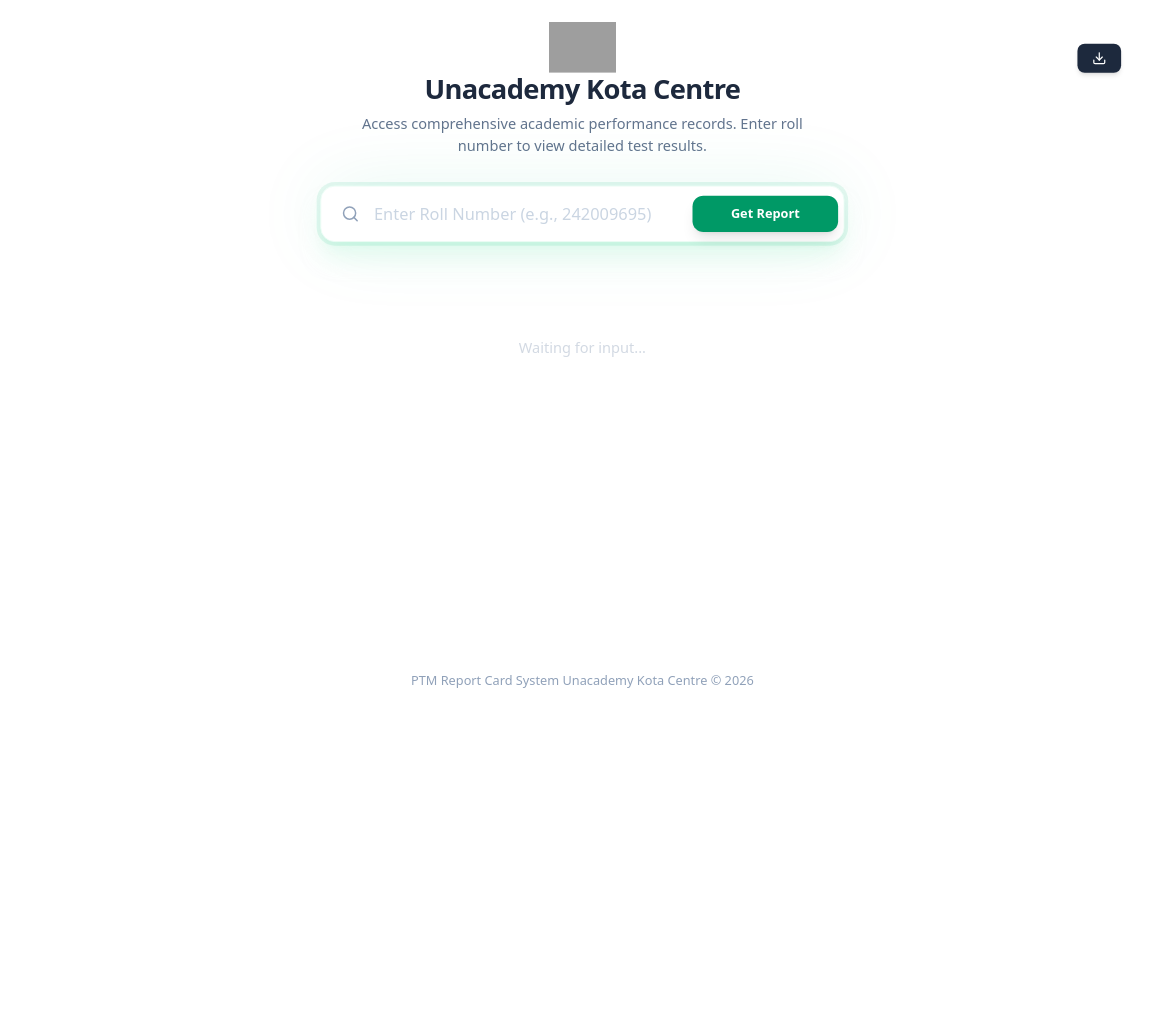
Repository: Abhishekverma657/PTM_report-card
Page: /
An editor plug-in stored every save of this project. The page is shown before and after the next save, followed by the edit.
The browser window is 1280 px wide. The pictures show the whole page, at 91% of full size.
Pictures or frames that could not be fetched are drawn as grey boxes. The page's requests for data from a server got no answer. The project was rebuilt for these pictures with package versions that can differ from the ones it lists, and the page was loaded fresh each time. No one was signed in, and anything a server would have sent is missing. Also part of the build but not shown: vite.config.js, src/components/PerformanceChart.jsx, src/components/ReportCard.jsx. Imported but missing from the stored project, and not drawn on this page: src/assets/result.xlsx.

Above is the page before, as saved 2026-01-25 12:37:16.

After the next save:
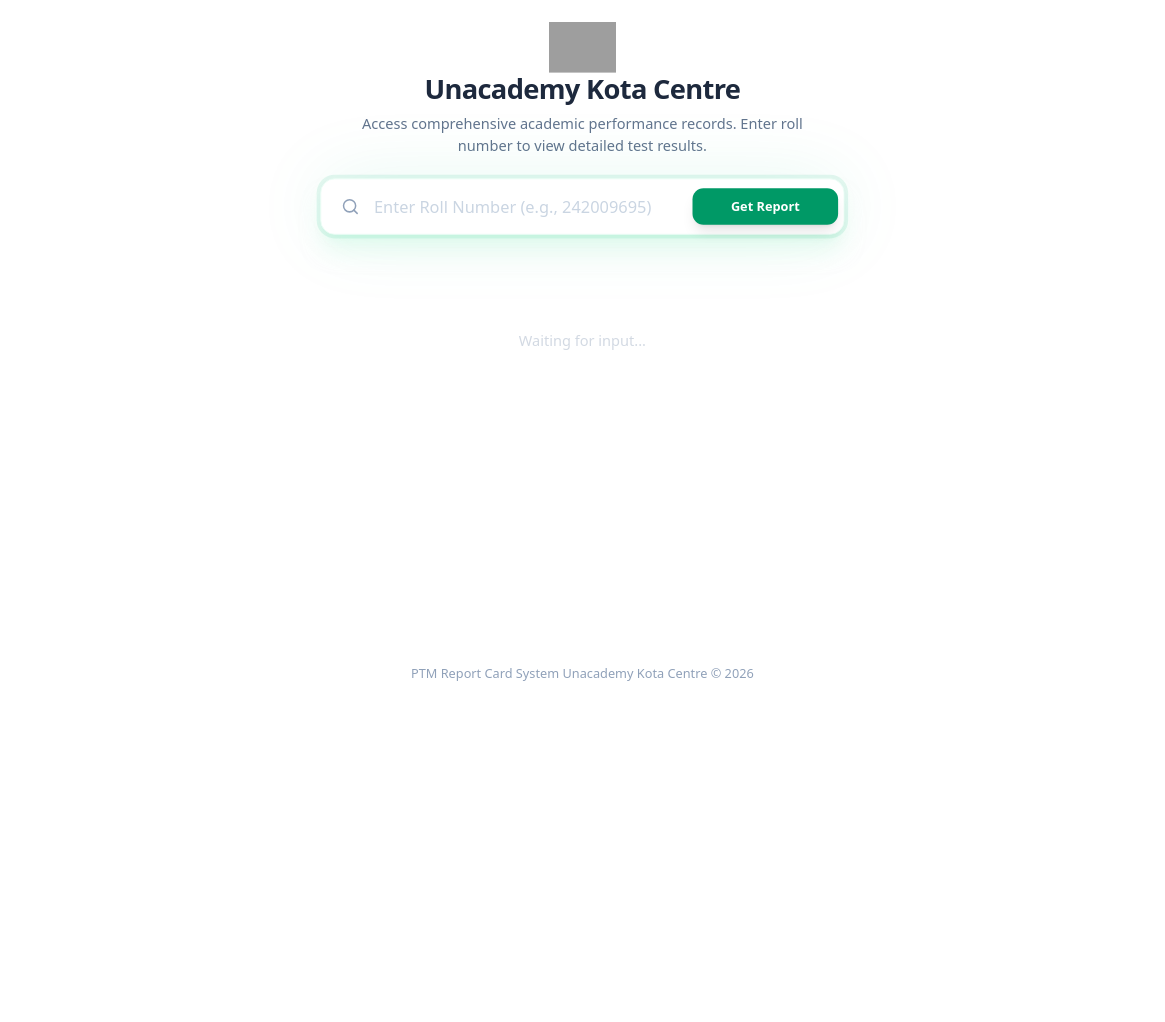
Saved 39 s later.
--- a/src/App.jsx
+++ b/src/App.jsx
@@ -158,7 +158,7 @@
             Access comprehensive academic performance records. Enter roll number to view detailed test results.
           </p>
 
-          {!loading && !error && (
+          {/* {!loading && !error && (
             <div className="absolute top-4 right-4 md:top-8 md:right-8">
               <button
                 onClick={handleBulkDownload}
@@ -169,7 +169,7 @@
                 {bulkProgress.active ? 'Processing...' : ''}
               </button>
             </div>
-          )}
+          )} */}
         </header>
 
         {/* Bulk Progress Overlay */}
